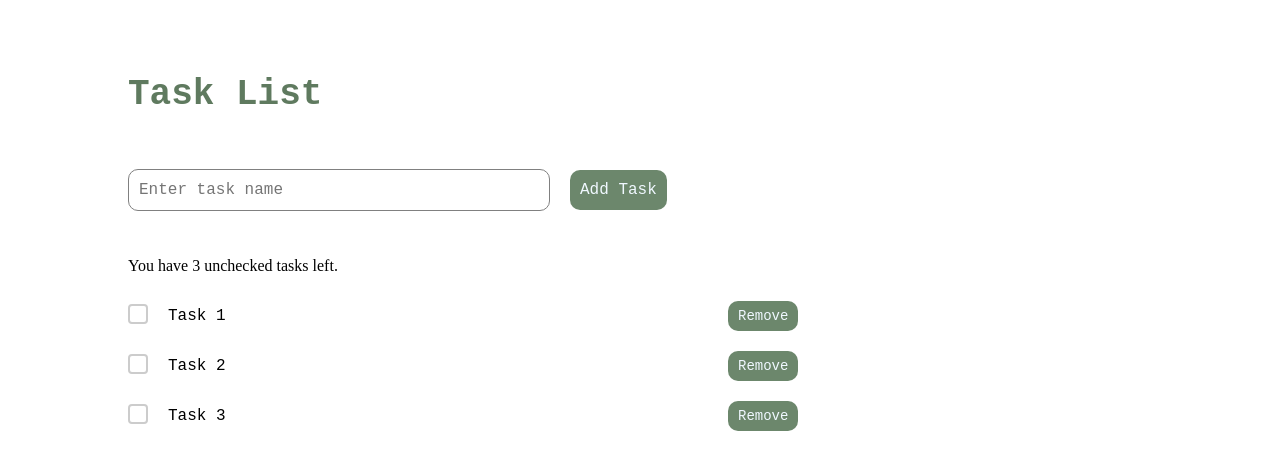
Repository: SandyLy453/task-list
Page: /
These files come from the project's save history. The page is drawn as it stood at one moment and after the next save; the edit follows.
The browser window is 1280 px wide. The pictures show the whole page.
The project was rebuilt for these pictures with package versions that can differ from the ones it lists, and the page was loaded fresh each time. Also part of the build but not shown: vite.config.js.

Above is the page before, as saved 2024-10-11 15:41:47.

### src/App.jsx
import { useState } from 'react';
import Task from './components/Task';
import TaskForm from './components/TaskForm';

function App() {
  const [tasks, setTasks] = useState([
    { name: 'Task 1', checked: false },
    { name: 'Task 2', checked: false },
    { name: 'Task 3', checked: false }
  ]);

  // Function to calculate the number of unchecked tasks
  const getUncheckedCount = () => {
    return tasks.filter((task) => !task.checked).length;
  };

  // Function to add a new task
  const addTask = (taskName) => {
    setTasks([...tasks, { name: taskName, checked: false }]); // New tasks are unchecked by default
  };

  // Function to remove a task
  const removeTask = (taskName) => {
    setTasks(tasks.filter((task) => task.name !== taskName));
  };

  // Function to toggle the task status
  const toggleTaskStatus = (taskName) => {
    const updatedTasks = tasks.map((task) =>
      task.name === taskName ? { ...task, checked: !task.checked } : task
    );
    setTasks(updatedTasks); // Update the task's checked status in the parent state
  };

  return (
    <>
      <div className="container">
        <h1 className="title">Task List</h1>
        <TaskForm addTask={addTask} />
        <p>You have {getUncheckedCount()} unchecked tasks left.</p>
        <div>
          {tasks.map((task, index) => (
            <Task
              key={index}
              name={task.name}
              checked={task.checked}
              toggleTaskStatus={toggleTaskStatus}
              removeTask={removeTask}
            />
          ))}
        </div>
      </div>
    </>
  );
}

export default App;

### src/index.css
.container {
  padding: 20px;
  margin: 30px 100px;
}

.title {
  font-family: monospace;
  font-size: 36px;
  color: rgb(95, 122, 95);
}

.inputBox {
  padding: 10px 0 10px 0;
}

.input {
  height: 20px;
  width: 400px;
  padding: 10px;
  font-size: 16px;
  font-family: monospace;
  margin: 20px 20px 20px 0;
  border-radius: 10px;
  border: 1px solid gray;
}

.sm-btn{
  height: 40px;
  padding: 10px;
  font-size: 16px;
  font-family: monospace;
  background-color: rgb(108, 135, 108);
  color: aliceblue;
  border: none;
  border-radius: 10px;
}

.sm-btn:hover {
  background-color: rgb(84, 103, 84);
}

.task {
  display: flex;
  flex-direction: row;
  align-items: center;
  gap: 20px;
}

.checkBox {
  width: 20px;
  height: 20px;
  appearance: none;
  background-color: white;
  border: 2px solid #ccc;
  border-radius: 4px;
  cursor: pointer;
  position: relative;
  margin: 6px 0;
}

.checkBox:checked {
  background-color: rgb(108, 135, 108);
}

.checkBox:checked::after {
  content: "";
  display: block;
  width: 4px;
  height: 10px;
  border: solid white;
  border-width: 0 2px 2px 0;
  transform: rotate(45deg);
  position: absolute;
  top: 0px;
  left: 5px;
}

.content {
  width: 540px;
  display: flex;
  word-wrap: normal;
  font-family: monospace;
  font-size: 16px;
}

.task-delete {
  height: 30px;
  padding: 10px;
  align-items: center;
  align-self: center;
  display: flex;
  justify-content: center;
  font-size: 14px;
  font-family: monospace;
  background-color: rgb(108, 135, 108);
  color: aliceblue;
  border: none;
  border-radius: 10px;
}

.task-delete:hover {
  background-color: rgb(84, 103, 84);
}

### src/components/Task.jsx
import { useRef, useEffect } from "react";

export default function Task({ name, checked, removeTask, toggleTaskStatus }) {
  const checkboxRef = useRef(null);
  const taskNameRef = useRef(null);

  useEffect(() => {
    const checkbox = checkboxRef.current;
    const crossText = taskNameRef.current;

    // Handle the initial checked state
    if (checked) {
      checkbox.checked = true;
      crossText.style.textDecoration = "line-through";
    } else {
      checkbox.checked = false;
      crossText.style.textDecoration = "none";
    }

    const handleCheckBoxChange = () => {
      toggleTaskStatus(name);
    };

    checkbox.addEventListener("change", handleCheckBoxChange);

    return () => {
      checkbox.removeEventListener("change", handleCheckBoxChange);
    };
  }, [name, checked, toggleTaskStatus]);

  return (
    <>
      <div className="task">
        <label>
          <input type="checkbox" ref={checkboxRef} className="checkBox"/>
        </label>
        <p ref={taskNameRef} className="content">{name}</p>
        <button className="task-delete" onClick={() => removeTask(name)}>
          Remove
        </button>
      </div>
    </>
  );
}

### src/components/TaskForm.jsx
import { useState } from "react";

export default function TaskForm({ addTask }) {
  const [inputValue, setInputValue] = useState("");

  const handleSubmit = (e) => {
    e.preventDefault();
    if (inputValue.trim() !== "") {
      addTask(inputValue);
      setInputValue(""); // clear the input
    }
  };

  return (
    <form onSubmit={handleSubmit} className="inputBox">
      <input
        type="text"
        value={inputValue}
        onChange={(e) => setInputValue(e.target.value)}
        placeholder="Enter task name"
        className="input"
      />
      <button type="submit" className="sm-btn">Add Task</button>
    </form>
  );
}

Loaded but not shown: index.html (common file); src/main.jsx (common file)

After the next save:
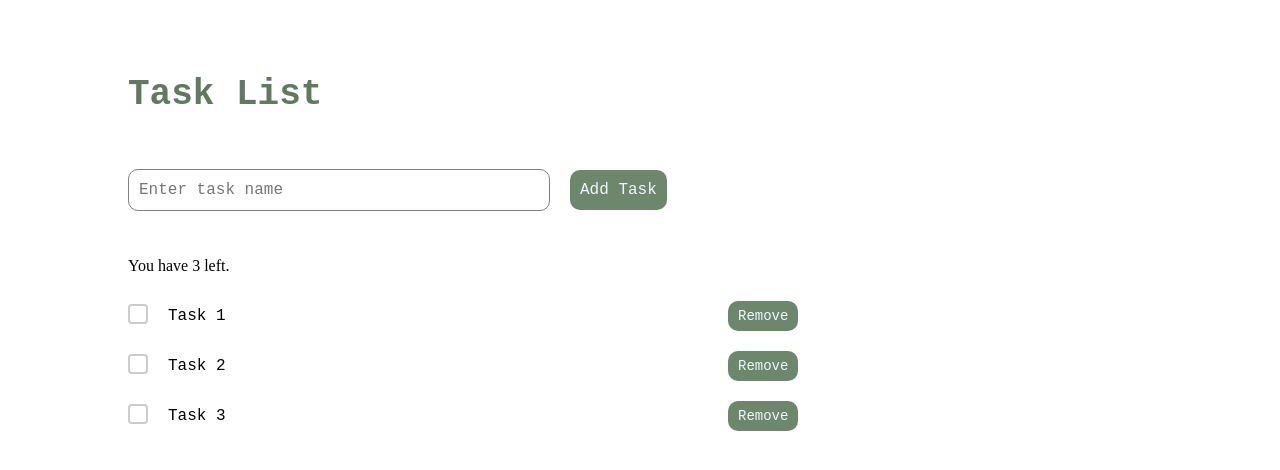
Saved 34 s later.
--- a/src/App.jsx
+++ b/src/App.jsx
@@ -37,7 +37,7 @@ function App() {
       <div className="container">
         <h1 className="title">Task List</h1>
         <TaskForm addTask={addTask} />
-        <p>You have {getUncheckedCount()} unchecked tasks left.</p>
+        <p>You have {getUncheckedCount()} left.</p>
         <div>
           {tasks.map((task, index) => (
             <Task
